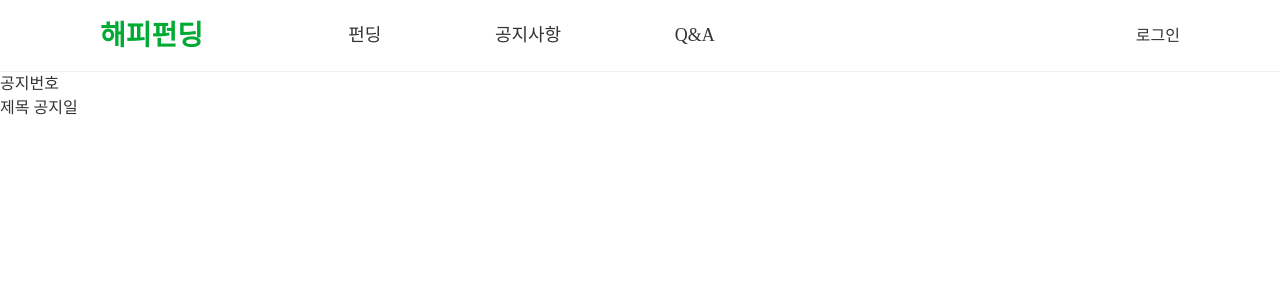
Repository: leesaereum/funding
Page: http://localhost/Funding/pages/notice.jsp
These files come from the project's save history. The page is drawn as it stood at one moment and after the next save; the edit follows.
The browser window is 1280 px wide. The pictures show the whole page.
The page is served by Tomcat 9.

Above is the page before, as saved 2022-04-06 09:15:45.

After the next save:
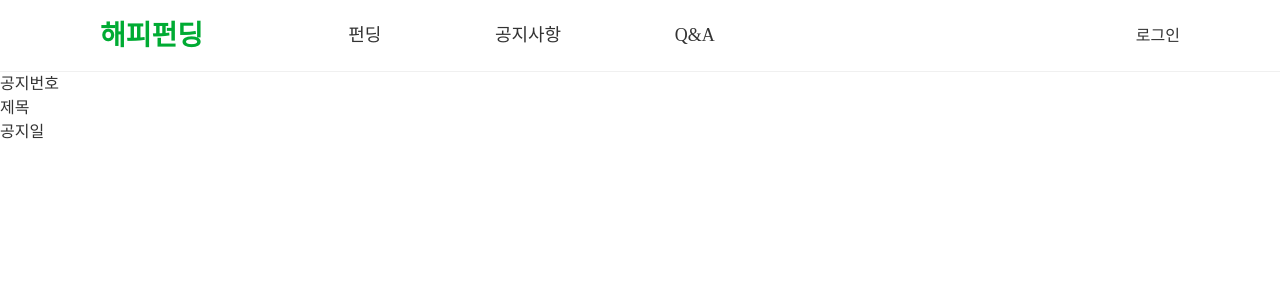
Saved 18 s later.
--- a/Funding/src/main/webapp/pages/notice.jsp
+++ b/Funding/src/main/webapp/pages/notice.jsp
@@ -45,8 +45,8 @@
 <body>
 	<jsp:include page="/components/header.jsp"/>
 	<div>공지번호</div>
-	<td>제목</td>
-	<td>공지일</td>
+	<div>제목</div>
+	<div>공지일</div>
 	</tr>
 	<c:forEach items="${notice}" var="notice">
 	<tr>
